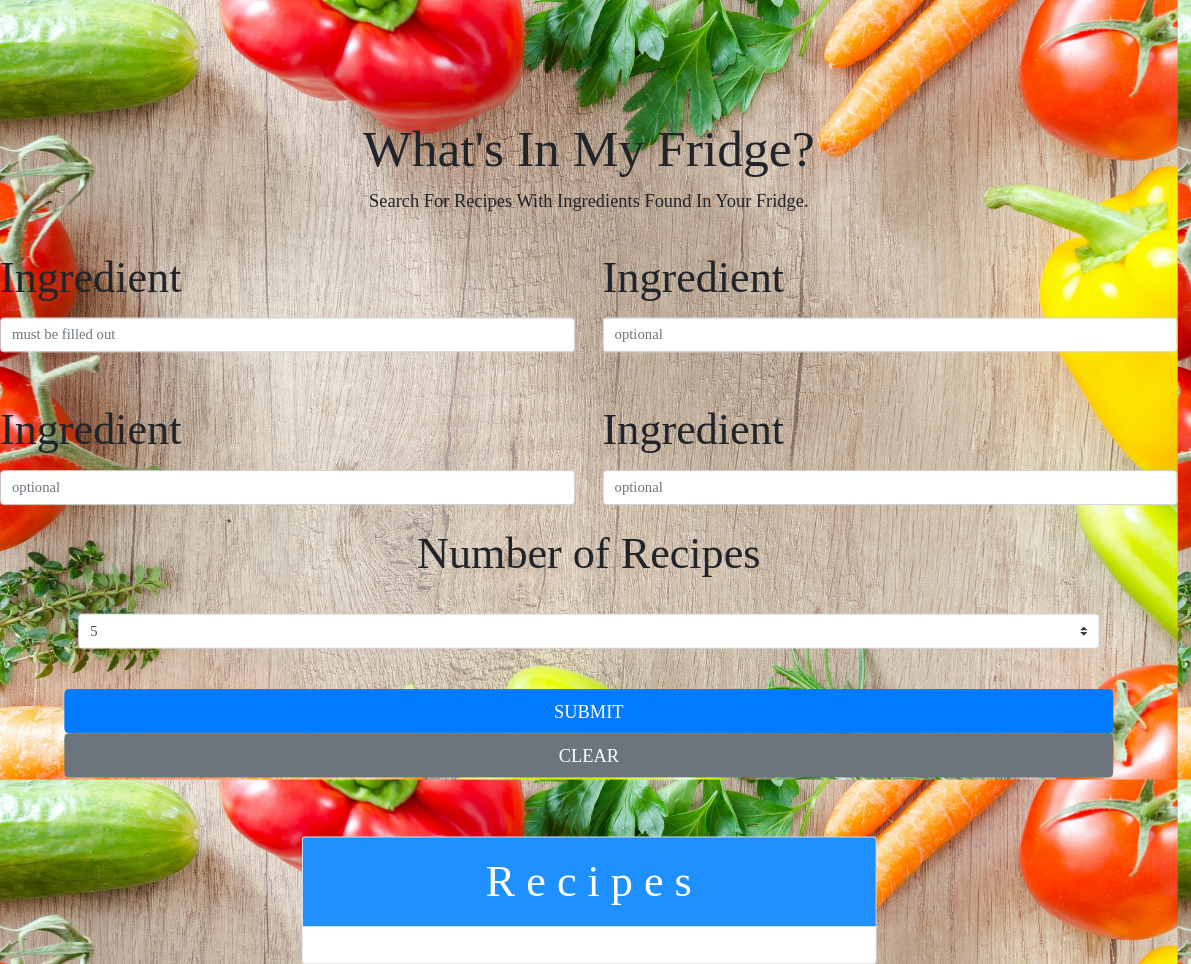
Repository: ogipajic/Recipe_API
Page: index.html
An editor plug-in stored every save of this project. The page is shown before and after the next save, followed by the edit.
The browser window is 1280 px wide. The page is 1295 px wide, so the pictures cover 1295 px, including what lies to the right of the window. The pictures show the whole page, at 92% of full size.
Backgrounds fixed to the window are drawn as part of the page. Some web fonts or font styles are not loaded; a fallback is used.

Above is the page before, as saved 2020-07-13 13:24:59.
Console error: SyntaxError: Unexpected end of input

After the next save:
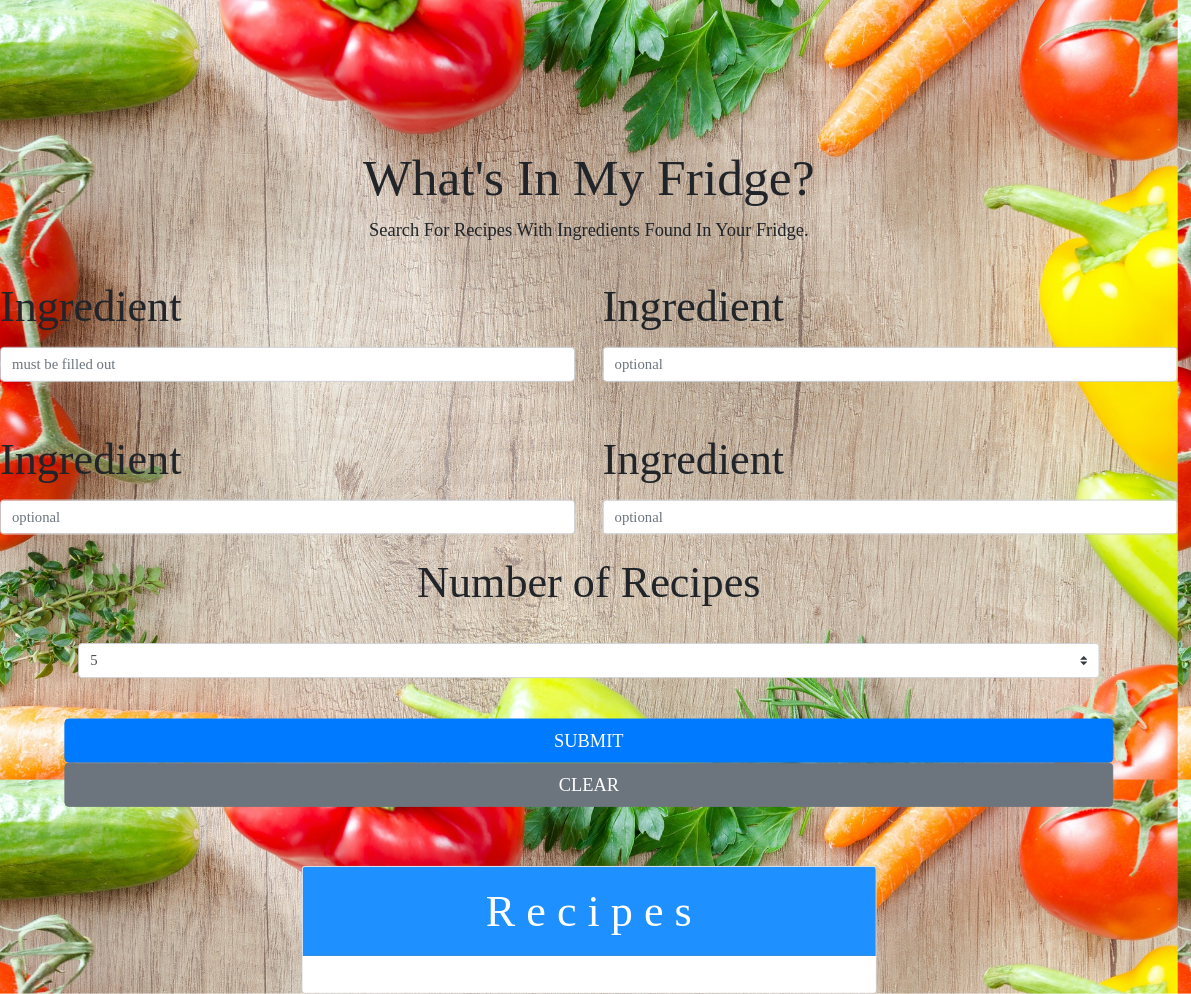
Saved 10 s later.
--- a/stylesheet.css
+++ b/stylesheet.css
@@ -12,7 +12,7 @@ body {
 /* Font and image within jumbotron */
 .header {
     text-align: center;
-    margin-top: 8rem;
+    margin-top: 10rem;
 }
 
 /* Search Results Text */
